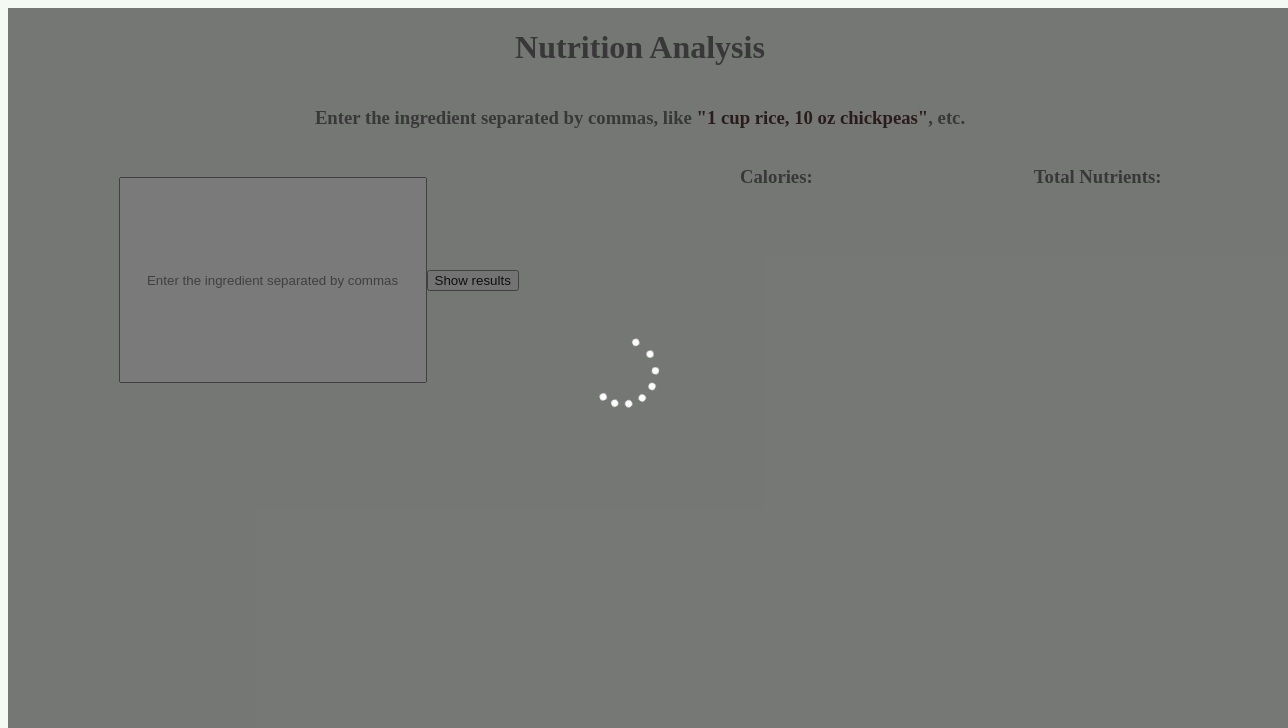
Repository: asya-aisa/nutrition-app
Page: /
An editor plug-in stored every save of this project. The page is shown before and after the next save, followed by the edit.
The browser window is 1280 px wide. The page is 1288 px wide, so the pictures cover 1288 px, including what lies to the right of the window. The pictures show the whole page.
The page's requests for data from a server got no answer. The project was rebuilt for these pictures with package versions that can differ from the ones it lists, and the page was loaded fresh each time. No one was signed in, and anything a server would have sent is missing. Also part of the build but not shown: src/MyComponent.js.

Above is the page before, as saved 2023-09-25 20:56:24.

### src/App.js

import { useEffect, useState } from 'react';
import './App.css';
import MyComponent from './MyComponent';
import LoaderPage from './Loader/LoaderPage';

function App() {

  const [userText, setUserText] = useState({
    ingr: ["1 apple", "2 banana"]
  })

  const [bodyText, setBodyText] = useState({ingr: ["1 apple", "2 banana"]})
  const [nutrientsArray, setNutrientsArray] = useState([])
  const [caloriesState, setCaloriesState] = useState('')

  const [stateLoader, setStateLoader] = useState(false)

  useEffect(() => {
    const getNutrients = async () => {
      setStateLoader(true)

      const response = await fetch('https://api.edamam.com/api/nutrition-details?app_id=bce19124&app_key=%20d13039e09e0cad1255cc69b09c620945%09', {
        method: 'POST',
        headers: {
          'Content-Type': 'application/json;charset=utf-8'
        },
        body: JSON.stringify(bodyText)
      })
      const data = await response.json()
      setCaloriesState(data.calories)

      let nutrients = data.totalNutrients

      if(nutrients === undefined || nutrients === null) {
        alert('error')
        setStateLoader(false)
      }
      else{setNutrientsArray(Object.values(data.totalNutrients))
        setStateLoader(false)
      }
    }
    getNutrients()
  }, [bodyText])

  const handleInput = (e) => {
    setUserText({ingr: e.target.value.split(',')})
  }

  const changeBody = (e) => {
    e.preventDefault()
    setBodyText(userText)
  }

  return (<div>
{stateLoader && <LoaderPage />}
        <div className='cont'>
          <h1>Nutrition Analysis</h1>
        </div>

        <div className='cont'>
          <h3>Enter the ingredient separated by commas, like <span>"1 cup rice, 10 oz chickpeas"</span>, etc.</h3>
        </div>
      <div className="App">
      <form>
        <input type='text' onChange={handleInput} placeholder='Enter the ingredient separated by commas' />
        <button onClick={changeBody}>Show results</button>
      </form>
      <h3>Calories: {caloriesState}</h3>

      <div>
        <h3>Total Nutrients:</h3>
        {nutrientsArray.map((elem, index) => (
        <MyComponent
        key={index}
        label={elem.label}
        quantity={elem.quantity.toFixed()}
        unit={elem.unit}/>

        ))}

      </div>

    </div>
    </div>);
}

export default App;

### src/App.css
body {
  background-color: #F4F9F4;
  color: #616161;
}
.App {
  display: flex;
  justify-content: space-around;
}
ul, li {
  list-style: none;
  margin: 3px;
  padding: 0px;
}
input {
  margin-top: 30px;
  width: 300px;
  height: 200px;
}
.cont {
  display: flex;
  justify-content: center;
}
input::placeholder {
  text-align: center;
}
span {
  color: #411F1F;
}

### src/Loader/LoaderPage.js
import './style.css';
import Loader from "./Loader"

const LoaderPage = () => {
    return(<div className="container_loader">
        <Loader />
    </div>)
}
export default LoaderPage;

### src/Loader/style.css
.container_loader {
    position: absolute;
    width: 100%;
    height: 100%;
    background-color: #1a1a1a94;
    }

    .lds-roller {
    position: absolute;
    top: 45%;
    left: 45%;
    }

    .lds-roller div {
    animation: lds-roller 1.2s cubic-bezier(0.5, 0, 0.5, 1) infinite;
    transform-origin: 40px 40px;
    }

    .lds-roller div:after {
    content: " ";
    display: block;
    position: absolute;
    width: 7px;
    height: 7px;
    border-radius: 50%;
    background: #fff;
    margin: -4px 0 0 -4px;
    z-index: 2;
    }

    .lds-roller div:nth-child(1) {
    animation-delay: -0.036s;
    }

    .lds-roller div:nth-child(1):after {
    top: 63px;
    left: 63px;
    }

    .lds-roller div:nth-child(2) {
    animation-delay: -0.072s;
    }

    .lds-roller div:nth-child(2):after {
    top: 68px;
    left: 56px;
    }

    .lds-roller div:nth-child(3) {
    animation-delay: -0.108s;
    }

    .lds-roller div:nth-child(3):after {
    top: 71px;
    left: 48px;
    }

    .lds-roller div:nth-child(4) {
    animation-delay: -0.144s;
    }

    .lds-roller div:nth-child(4):after {
    top: 72px;
    left: 40px;
    }

    .lds-roller div:nth-child(5) {
    animation-delay: -0.18s;
    }

    .lds-roller div:nth-child(5):after {
    top: 71px;
    left: 32px;
    }

    .lds-roller div:nth-child(6) {
    animation-delay: -0.216s;
    }

    .lds-roller div:nth-child(6):after {
    top: 68px;
    left: 24px;
    }

    .lds-roller div:nth-child(7) {
    animation-delay: -0.252s;
    }

    .lds-roller div:nth-child(7):after {
    top: 63px;
    left: 17px;
    }

    .lds-roller div:nth-child(8) {
    animation-delay: -0.288s;
    }

    .lds-roller div:nth-child(8):after {
    top: 56px;
    left: 12px;
    }

    @keyframes lds-roller {
    0% {
    transform: rotate(0deg);
    }

    100% {
    transform: rotate(360deg);
    }
    }

### src/Loader/Loader.js
import './style.css';
const Loader = () => {
    return(<div className="lds-roller">
        <div></div>
        <div></div>
        <div></div>
        <div></div>
        <div></div>
        <div></div>
        <div></div>
        <div></div>
    </div>)
}

export default Loader;

Loaded but not shown: public/index.html (common file); src/index.js (common file); src/reportWebVitals.js (common file)

After the next save:
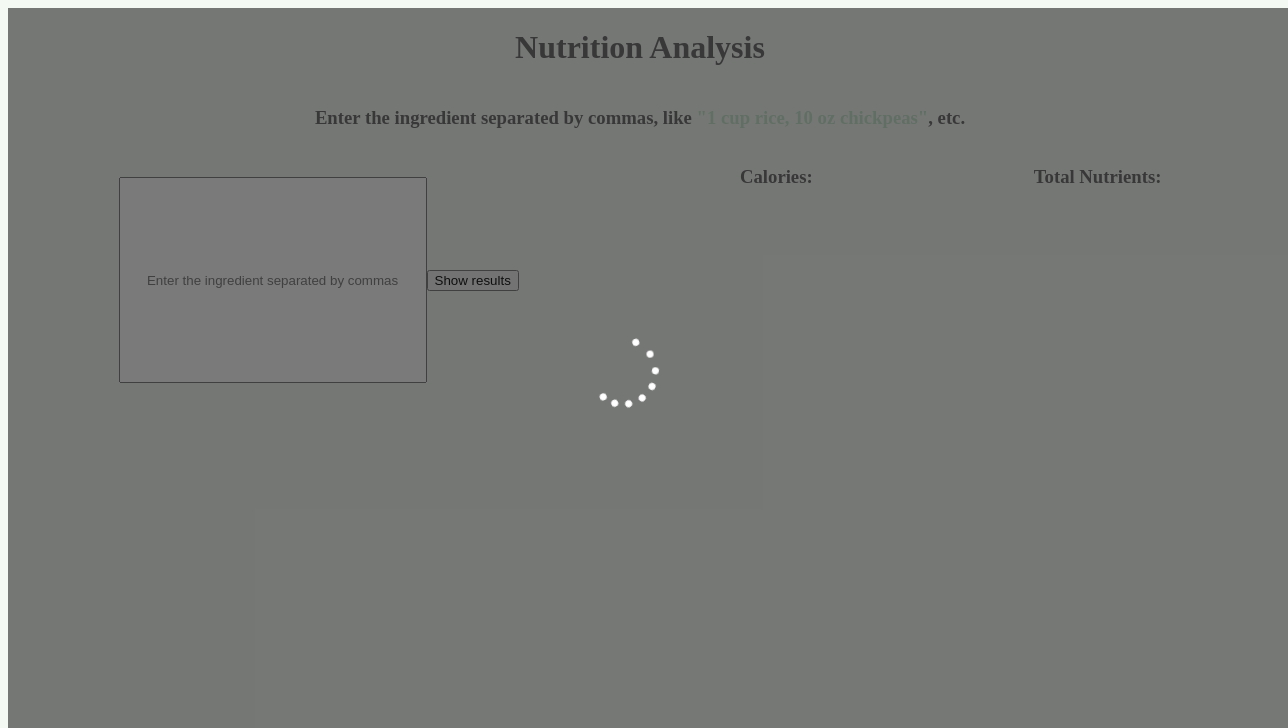
Saved 23 s later.
--- a/src/App.css
+++ b/src/App.css
@@ -24,5 +24,5 @@ input::placeholder {
   text-align: center;
 }
 span {
-  color: #411F1F;
+  color: #C4E3CB;
 }
